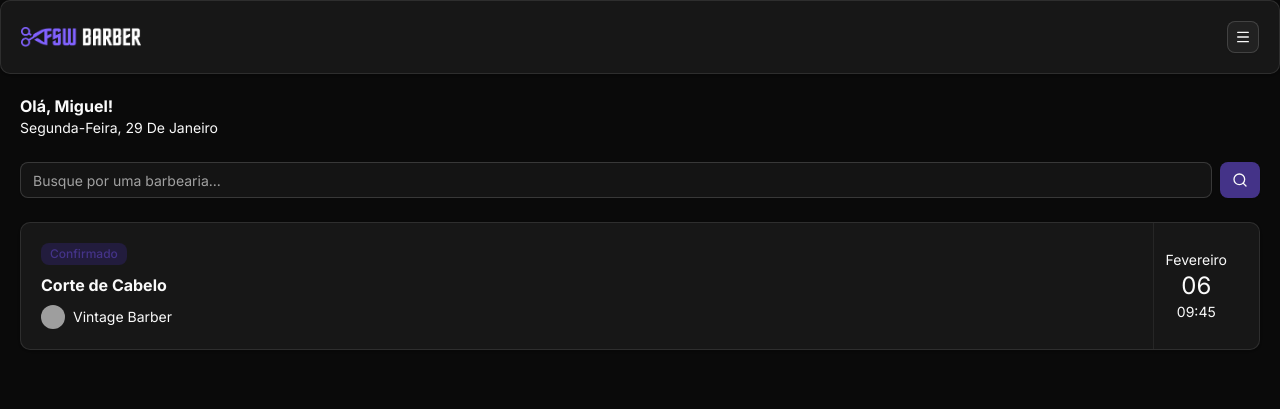
Repository: PaulinhoMachadooo/Barber
Page: /
An editor plug-in stored every save of this project. The page is shown before and after the next save, followed by the edit.
The browser window is 1280 px wide. The pictures show the whole page.
Pictures or frames that could not be fetched are drawn as grey boxes. The project was rebuilt for these pictures with package versions that can differ from the ones it lists, and the page was loaded fresh each time. The framework's server and built-in components were replaced by stand-ins that run in the browser. Also part of the build but not shown: next.config.ts.

Above is the page before, as saved 2025-04-13 21:37:20.

After the next save:
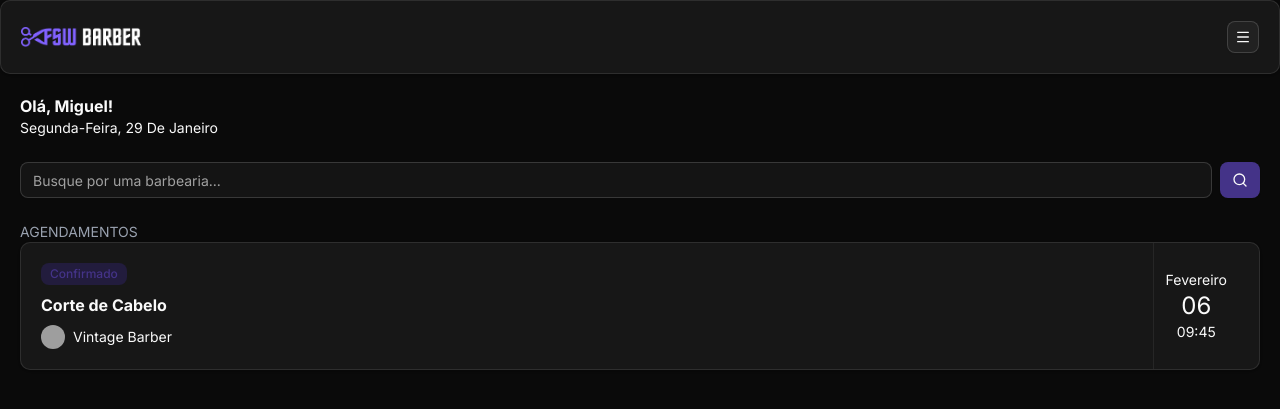
Saved 2 min 57 s later.
--- a/app/(home)/page.tsx
+++ b/app/(home)/page.tsx
@@ -26,6 +26,7 @@ export default function Home() {
         </div>
 
         <div className="px-5 mt-6">
+            <h2 className="text-sm uppercase text-gray-400">Agendamentos</h2>
             <BookingItem />
         </div>
     </div>
